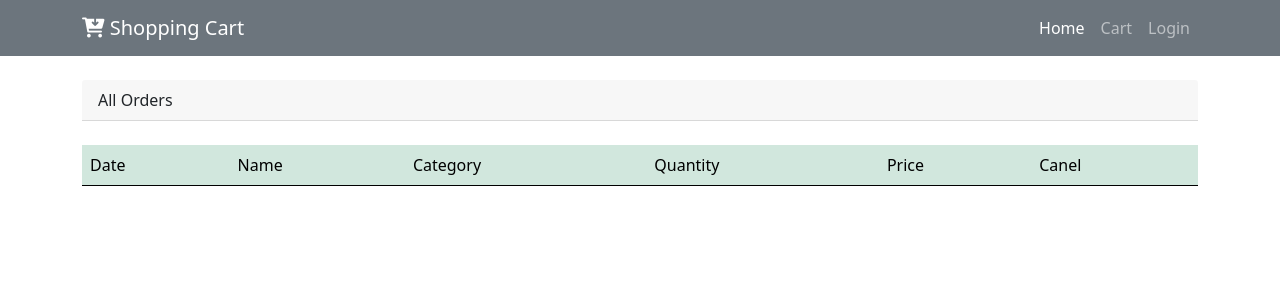
Repository: Min-MinPhyo/java-servlet-ecommerce-project
Page: http://localhost/E-Commerence/orders.jsp
An editor plug-in stored every save of this project. The page is shown before and after the next save, followed by the edit.
The browser window is 1280 px wide. The pictures show the whole page.
Some web libraries are served in a nearby version. The page is served by Tomcat 9. Other server files are loaded and not shown.

Above is the page before, as saved 2022-09-30 16:28:51.

### E-Commerence/src/main/webapp/orders.jsp
<%@page import="com.model.*"%>
<%@page import="java.util.ArrayList"%>
<%@page import="java.text.DecimalFormat" %>
<%@page import="java.util.List" %>
<%@page import="com.db.*" %>
<%@page import="com.dao.*" %>
<%@ page language="java" contentType="text/html; charset=UTF-8"
	pageEncoding="UTF-8"%>

<%
     DecimalFormat dFormat=new DecimalFormat("#.##");
     request.setAttribute("dFormat",dFormat);


     User auth=(User)
     request.getSession().getAttribute("auth");
    List<Order> orders=null;

    if(auth !=null){
    	request.setAttribute("auth",auth);
    	orders=(List<Order>)new OrderDao(dbConnect.getConnection()).userOrders(auth.getId());


    }

    ArrayList<Cart> cart_list=(ArrayList<Cart>)session.getAttribute("cart-ist");


    if(cart_list !=null){
    	request.setAttribute("cart_list",cart_list);
    }

    %>
<!DOCTYPE html>
<html>
<head>
<meta charset="UTF-8">
<title>Insert title here</title>
<%@include file="includes/header.jsp"%>
</head>

<body>
	<%@include file="includes/navbar.jsp"%>

	<div class="container">

	<div class="card-header my-4">All  Orders</div>

	<table class="table table-success">

   <thead>
   <tr>
   <td scope="col">Date</td>
   <td scope="col">Name</td>
   <td scope="col">Category</td>
   <td scope="col">Quantity</td>
   <td scope="col">Price</td>
   <td class="col">Canel</td>


   </tr>


   </thead>
	<tbody>



	   <% if(orders !=null){

		   for(Order o:orders){%>
		   <tr>
		   <td><%=o.getDate() %></td>
		   <td><%=o.getName() %></td>
		   <td><%=o.getCategory() %></td>
		   <td><%=o.getQuantity() %></td>
		   <td><%=o.getPrice() %></td>
		   <td><a class="btn btn-danger" href="cancelOrder?id=<%=o.getOrderId()%>">Cannel</a></td>

		   </tr>

		<% }}  %>


	</table>




	</div>


</body>
</html>

### E-Commerence/src/main/webapp/includes/header.jsp
<link
	href="https://cdn.jsdelivr.net/npm/bootstrap@5.0.2/dist/css/bootstrap.min.css"
	rel="stylesheet"
	integrity="sha384-EVSTQN3/azprG1Anm3QDgpJLIm9Nao0Yz1ztcQTwFspd3yD65VohhpuuCOmLASjC"
	crossorigin="anonymous">

<link rel="stylesheet"
	href="https://cdnjs.cloudflare.com/ajax/libs/font-awesome/6.0.0-beta3/css/all.min.css"
	integrity="sha512-Fo3rlrZj/k7ujTnHg4CGR2D7kSs0v4LLanw2qksYuRlEzO+tcaEPQogQ0KaoGN26/zrn20ImR1DfuLWnOo7aBA=="
	crossorigin="anonymous" referrerpolicy="no-referrer" />


	<link rel="stylesheet"
	href="	https://cdnjs.cloudflare.com/ajax/libs/font-awesome/6.2.0/css/all.min.css"
	integrity="sha512-Fo3rlrZj/k7ujTnHg4CGR2D7kSs0v4LLanw2qksYuRlEzO+tcaEPQogQ0KaoGN26/zrn20ImR1DfuLWnOo7aBA=="
	crossorigin="anonymous" referrerpolicy="no-referrer" />


<script
	src="https://cdn.jsdelivr.net/npm/bootstrap@5.0.2/dist/js/bootstrap.bundle.min.js"
	integrity="sha384-MrcW6ZMFYlzcLA8Nl+NtUVF0sA7MsXsP1UyJoMp4YLEuNSfAP+JcXn/tWtIaxVXM"
	crossorigin="anonymous"></script>



	<script src="https://cdn.jsdelivr.net/npm/@popperjs/core@2.10.2/dist/umd/popper.min.js" integrity="sha384-7+zCNj/IqJ95wo16oMtfsKbZ9ccEh31eOz1HGyDuCQ6wgnyJNSYdrPa03rtR1zdB" crossorigin="anonymous"></script>
<script src="https://cdn.jsdelivr.net/npm/bootstrap@5.1.3/dist/js/bootstrap.min.js" integrity="sha384-QJHtvGhmr9XOIpI6YVutG+2QOK9T+ZnN4kzFN1RtK3zEFEIsxhlmWl5/YESvpZ13" crossorigin="anonymous"></script>

<script
	src="https://cdnjs.cloudflare.com/ajax/libs/font-awesome/6.2.0/js/brands.min.js"
	integrity="sha384-MrcW6ZMFYlzcLA8Nl+NtUVF0sA7MsXsP1UyJoMp4YLEuNSfAP+JcXn/tWtIaxVXM"
	crossorigin="anonymous"></script>





<!-- <link
	href="https://cdn.jsdelivr.net/npm/bootstrap@5.0.2/dist/css/bootstrap.min.css"
	rel="stylesheet"
	integrity="sha384-EVSTQN3/azprG1Anm3QDgpJLIm9Nao0Yz1ztcQTwFspd3yD65VohhpuuCOmLASjC"
	crossorigin="anonymous">

<link rel="stylesheet"
	href="https://cdnjs.cloudflare.com/ajax/libs/font-awesome/6.0.0-beta3/css/all.min.css"
	integrity="sha512-Fo3rlrZj/k7ujTnHg4CGR2D7kSs0v4LLanw2qksYuRlEzO+tcaEPQogQ0KaoGN26/zrn20ImR1DfuLWnOo7aBA=="
	crossorigin="anonymous" referrerpolicy="no-referrer" />

<script
	src="https://cdn.jsdelivr.net/npm/bootstrap@5.0.2/dist/js/bootstrap.bundle.min.js"
	integrity="sha384-MrcW6ZMFYlzcLA8Nl+NtUVF0sA7MsXsP1UyJoMp4YLEuNSfAP+JcXn/tWtIaxVXM"
	crossorigin="anonymous"></script> -->

### E-Commerence/src/main/webapp/includes/navbar.jsp
<nav class="navbar navbar-expand-lg navbar-dark bg-secondary">
	<div class="container">
		<a class="navbar-brand" href="index.jsp"><i class="fa-solid fa-cart-arrow-down"></i>
		Shopping Cart</a>
		<button class="navbar-toggler" type="button" data-bs-toggle="collapse"
			data-bs-target="#navbarSupportedContent"
			aria-controls="navbarSupportedContent" aria-expanded="false"
			aria-label="Toggle navigation">
			<span class="navbar-toggler-icon"></span>
		</button>

		<div class="collapse navbar-collapse" id="navbarSupportedContent">

			<!--      <ul class="navbar-nav "> -->


			<ul class="navbar-nav ms-auto mb-2 mb-lg-0">


				<li class="nav-item"><a class="nav-link active"
					href="index.jsp">Home</a></li>


				<li class="nav-item"><a class="nav-link" href="cart.jsp">Cart<span class="badge bg-success">${cart_list.size()}</span></a></li>



				<%
				if (auth != null) {
				%>



				<li class="nav-item"><a class="nav-link" href="orders.jsp">Order</a>
				</li>

				<li class="nav-item"><a class="nav-link" href="userLogout">Logout</a>
				</li>


				<%
				} else {
				%>




				<li class="nav-item"><a class="nav-link" href="login.jsp">Login</a>
				</li>

				<%
				}
				%>




			</ul>


		</div>
	</div>
</nav>

After the next save:
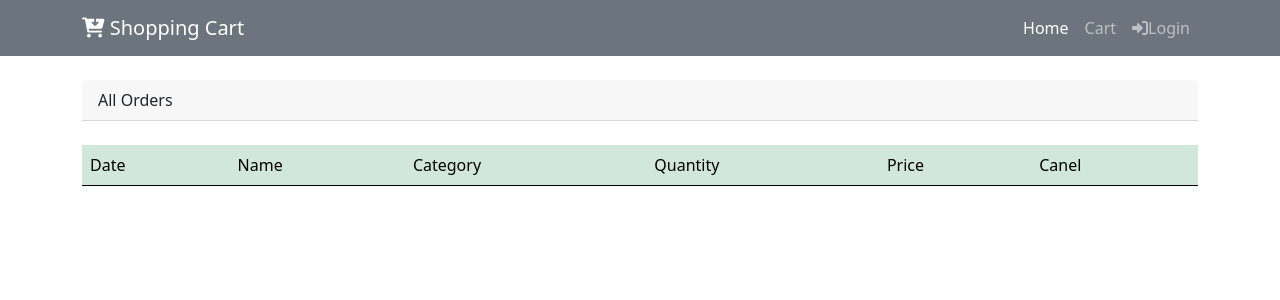
Saved 97 s later.
--- a/E-Commerence/src/main/webapp/includes/navbar.jsp
+++ b/E-Commerence/src/main/webapp/includes/navbar.jsp
@@ -45,7 +45,7 @@
 
 
 
-				<li class="nav-item"><a class="nav-link" href="login.jsp">Login</a>
+				<li class="nav-item"><a class="nav-link" href="login.jsp"><i class="fa-solid fa-right-to-bracket"></i>Login</a>
 				</li>
 
 				<%
